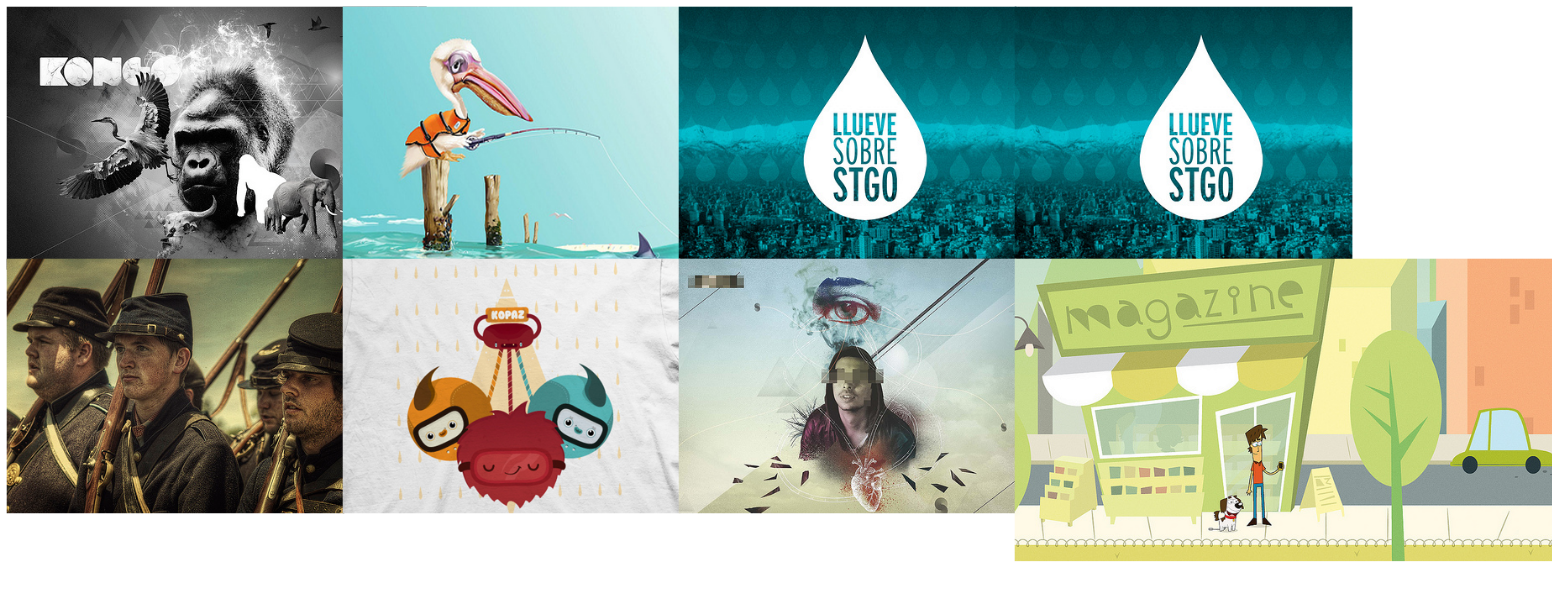
Repository: iravakilova/Brandi
Page: app/works1.html
The author's editor kept a copy of each file at every save. The page is drawn from the files as they stood at one save, then again after the next save.
The browser window is 1280 px wide. The page is 1848 px wide, then 1608 px, so the pictures cover 1848 px, including what lies to the right of the window. The pictures show the whole page, at 84% of full size.

Above is the page before, as saved 2020-02-16 23:01:00.

### app/works1.html
<!DOCTYPE html>
<html lang="en">
<head>
    <meta charset="UTF-8">
    <meta name="viewport" content="width=device-width, initial-scale=1.0">
    <title>works_grid</title>
    <style>
        .gallery{
            width: 100%;
            margin: 0 auto;
            max-width: 1600px;
        }
        .grid-container {
            display: grid;
            grid-template-columns: 400px 400px 400px 400px;
            grid-template-rows: 300px 300px;
        }
        .ladore{
        opacity: 0;
        position: absolute;
        top: 0;
        left: 0;
        width: 100%;
        height: 100%;
        background-image: url(./img/labore.png);
        color: #fff;
        text-align: center;
        transition: all .5s;
    }
    .ladore__img img{
        padding-top: 94px;
        width: 20px;
        height: 12px;
        padding: 14px 10px;
        border: 1px solid #fff;
        border-radius: 50%;
        margin: 94px auto 0;
    }
    .ladore__title{
        padding-top: 29px;
        padding-bottom: 10px;
        font-family: "OpenSans", "OpenSans-Bold", "AdobeInvisFont", "MyriadPro-Regular";
        font-size: 18px;
        font-weight: bold;
        margin: 0;
    }
    .ladore__descr{
        margin: 0;
    }
    .grid-container img:hover .ladore{
        opacity: 1;
    }
    </style>
</head>
<body>
    <div class="gallery">
        <div class="grid-container">
            <img src="./img/works-1.png" alt="">
            <img src="./img/works-2.png" alt="">
            <img src="./img/works-4.png" alt="">
            <img src="./img/works-4.png" alt="">
            <img src="./img/works-5.png" alt="">
            <img src="./img/works-6.png" alt="">
            <img src="./img/works-7.png" alt="">
            <img src="./img/works-8.png" alt="">
        </div>
        <div class="ladore">
            <div class="ladore__img">
                <img src="./img/eye.png" alt="">
            </div>
            <h4 class="ladore__title">Labore et dolore magnam</h4>
            <p class="ladore__descr">Photography</p>
        </div>
    </div>
</body>
</html>

After the next save:
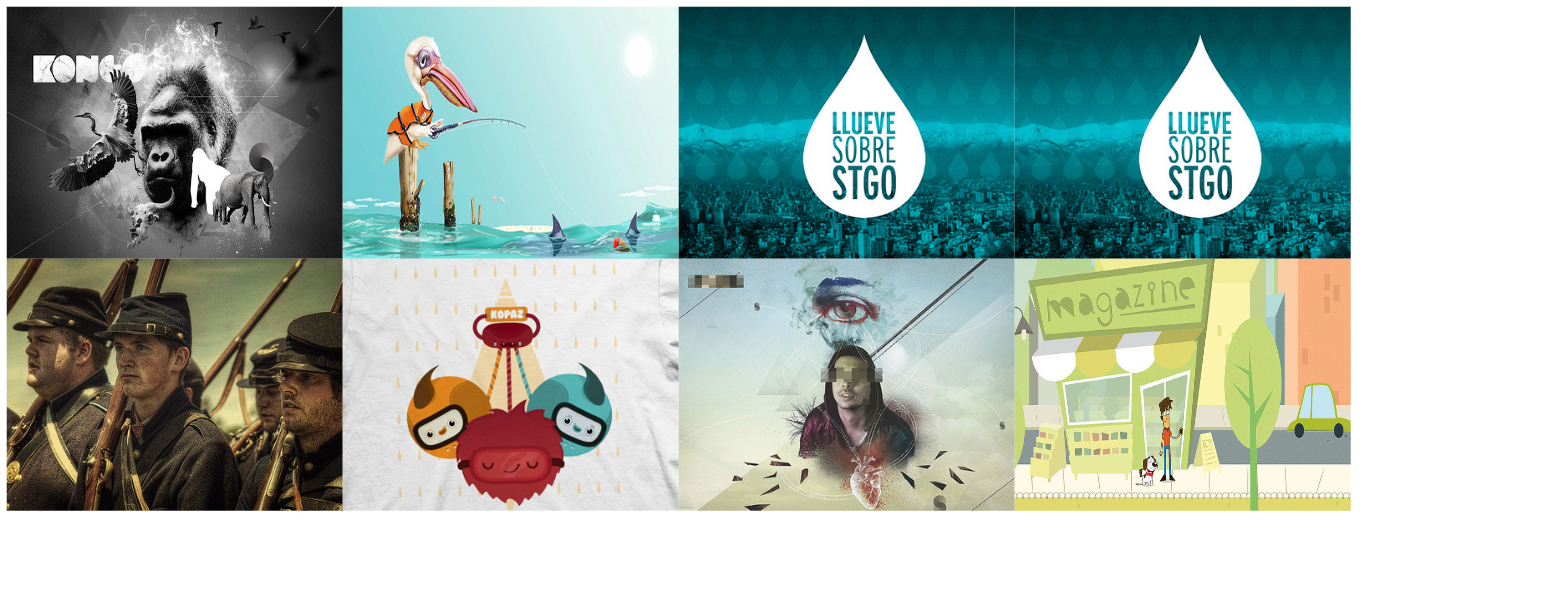
Saved 74 s later.
--- a/app/works1.html
+++ b/app/works1.html
@@ -15,6 +15,12 @@
             grid-template-columns: 400px 400px 400px 400px;
             grid-template-rows: 300px 300px;
         }
+        .grid-container img{
+        max-width: 100%;
+        width: 400px;
+        height: 300px;
+        display: block;
+    }
         .ladore{
         opacity: 0;
         position: absolute;
